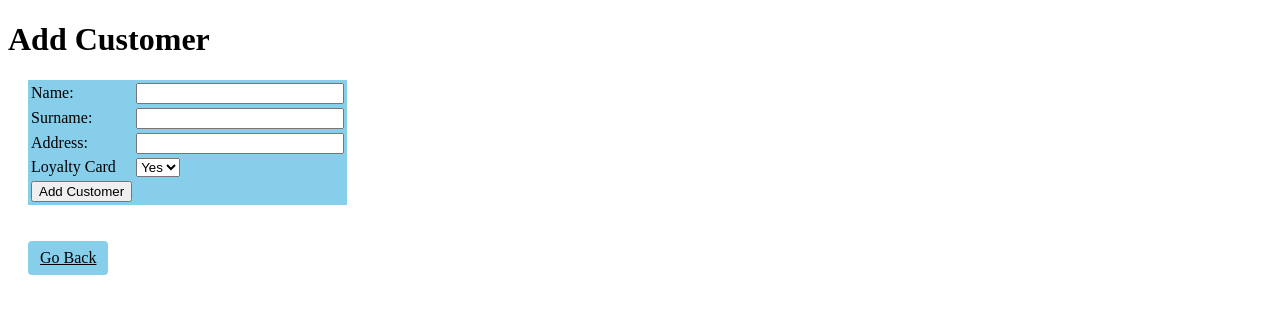
Repository: ieuqirne/Software_Architecture
Page: http://localhost/DE_Store/addCustomer.html
These files come from the project's save history. The page is drawn as it stood at one moment and after the next save; the edit follows.
The browser window is 1280 px wide. The pictures show the whole page.
The page is served by Tomcat 9.

Above is the page before, as saved 2019-11-25 21:07:46.

After the next save:
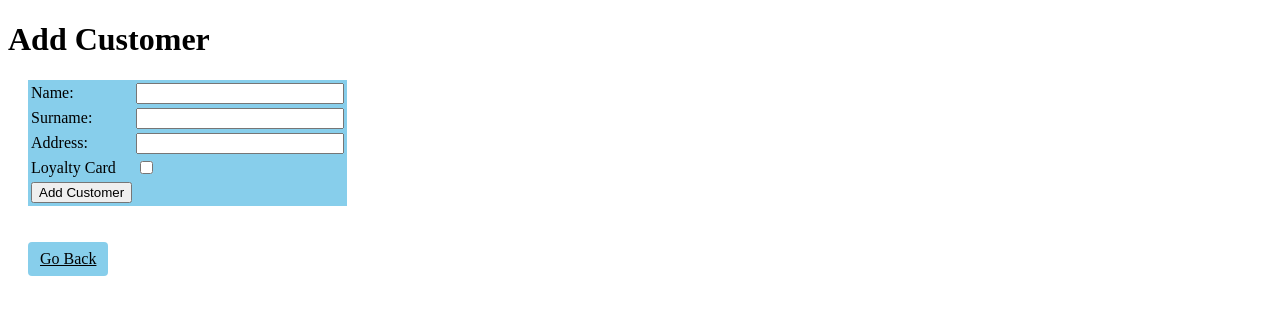
Saved 2 min 49 s later.
--- a/DE_Store/WebContent/addCustomer.html
+++ b/DE_Store/WebContent/addCustomer.html
@@ -24,10 +24,7 @@
 			</tr>
 			<tr>
 				<td>Loyalty Card</td>
-				<td><select name="loyalty">
-						<option value="Yes">Yes</option>
-						<option value="No">No</option>
-				</select></td>
+				<td><input type="checkbox" name="loyalty" value=1></td>
 			</tr>
 			<tr>
 				<td><input type="submit" value="Add Customer"></td>
